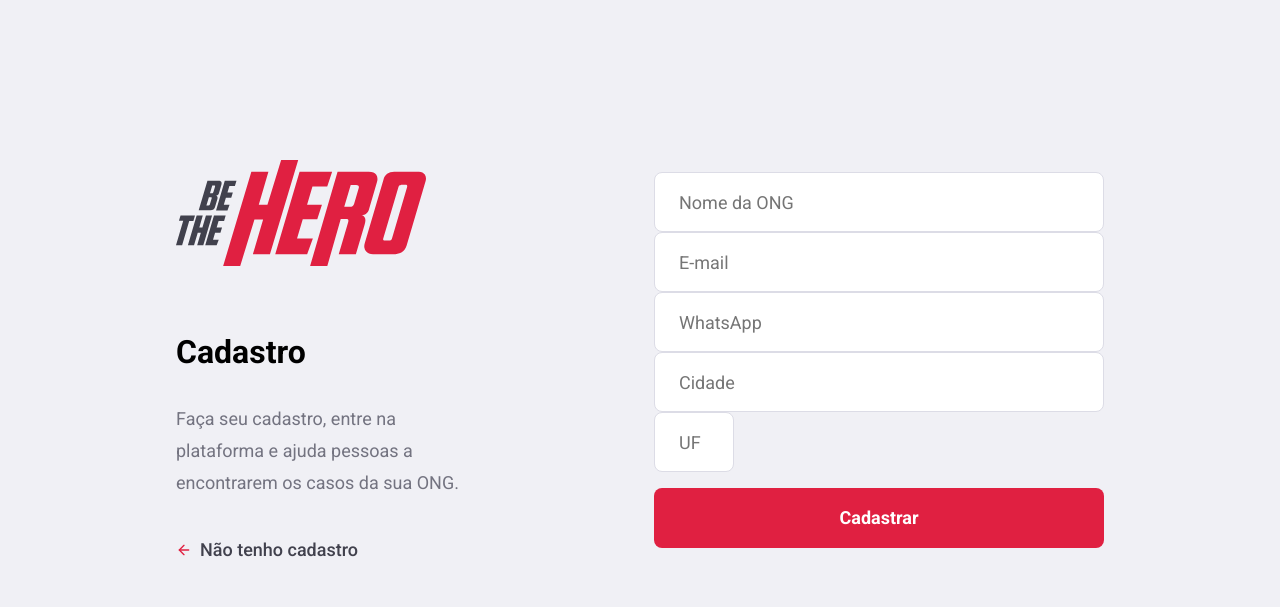
Repository: pedroevangelista/be-the-hero
Page: /register (app in frontend/)
An editor plug-in stored every save of this project. The page is shown before and after the next save, followed by the edit.
The browser window is 1280 px wide. The pictures show the whole page.
The project was rebuilt for these pictures with package versions that can differ from the ones it lists, and the page was loaded fresh each time. Also part of the build but not shown: frontend/src/pages/Logon/styles.css, frontend/src/pages/Logon/index.js.

Above is the page before, as saved 2020-03-25 14:18:58.

### frontend/src/App.js
import React from 'react';
import './global.css'
import Routes from './routes';

function App() {

  return (
    <Routes />
  );
}

export default App;

### frontend/src/global.css
@import url('https://fonts.googleapis.com/css?family=Roboto:400,500,700&display=swap');

* {
    margin: 0;
    padding: 0;
    outline: 0;
    box-sizing: border-box;
}

body {
    font: 400 14px Roboto, sans-serif;
    background: #f0f0f5;
    -webkit-font-smoothing: antialiased;
}

input, button, textarea {
    font: 400 18px Roboto, sans-serif;
}

button {
    cursor: pointer
}

form input {
    width: 100%;
    height: 60px;
    color: #333;
    border: 1px solid #dcdce6;
    border-radius: 8px;
    padding: 0 24px;
}

.button {
    width: 100%;
    height: 60px;
    background: #e02041;
    border: 0;
    border-radius: 8px;
    color: #FFF;
    font-weight: 700;
    margin-top: 16px;
    display: inline-block;
    text-align: center;
    text-decoration: none;
    font-size: 18px;
    line-height: 60px;
    transition: filter 0.2s;
}

.button:hover {
    filter: brightness(90%);
}

.back-link {
    display: flex;
    align-items: center;
    margin-top: 40px;
    color: #41414d;
    font-size: 18px;
    text-decoration: none;
    font-weight: 500;
    transition: opacity 0.2s;
}

.back-link svg {
    margin-right: 8px;
}

.back-link:hover {
    opacity: 0.8;
}

### frontend/src/routes.js
import React from 'react';
import { BrowserRouter, Route, Switch } from 'react-router-dom';

import Logon from './pages/Logon';
import Register from './pages/Register';

export default function Routes() {
    return (
        <BrowserRouter>
            <Switch>
                <Route path="/" exact component={Logon}></Route>
                <Route path="/register" component={Register}></Route>
            </Switch>
        </BrowserRouter>
    );
}

### frontend/src/pages/Register/index.js
import React from 'react';
import { Link } from 'react-router-dom';
import { FiArrowLeft } from 'react-icons/fi';
import './styles.css'
import logoImg from '../../assets/logo.svg';

export default function Register() {
    return (
        <div className="register-container">
            <div className="content">
                <section>
                    <img src={logoImg} alt="Be The Hero" />

                    <h1>Cadastro</h1>
                    <p>Faça seu cadastro, entre na plataforma e ajuda pessoas a encontrarem os casos da sua ONG.</p>

                    <Link className="back-link" to="/register">
                        <FiArrowLeft size="16" color="#e02041" />
                        Não tenho cadastro
                    </Link>
                </section>

                <form action="">
                    <input placeholder="Nome da ONG" />
                    <input type="email" placeholder="E-mail" />
                    <input placeholder="WhatsApp" />

                    <div className="input-group">
                        <input placeholder="Cidade" />
                        <input placeholder="UF" style={ { width: 80 } } />
                    </div>

                    <button className="button" type="submit">Cadastrar</button>
                </form>
            </div>
        </div>
    );

}

### frontend/src/pages/Register/styles.css
.register-container {
    width: 100%;
    max-width: 1120px;
    height: 100vh;
    margin: 0 auto;
    display: flex;
    align-items: center;
    justify-content: center;
}

.register-container .content {
    width: 100%;
    padding: 96px;
    background: 0 0 100px rgba(0, 0, 0, 0.1);
    border-radius: 8px;
    display: flex;
    justify-content: space-between;
    align-items: center;
}

.register-container .content section {
    width: 100%;
    max-width: 300px;
}

.register-container .content section h1 {
    margin: 64px 0 32px;
    font-size: 32px;
}

.register-container .content section p {
    font-size: 18px;
    color: #737380;
    line-height: 32px;
}

.register-container .content form {
    width: 100%;
    max-width: 450px;
}

Loaded but not shown: frontend/public/index.html (common file); frontend/src/index.js (common file)

After the next save:
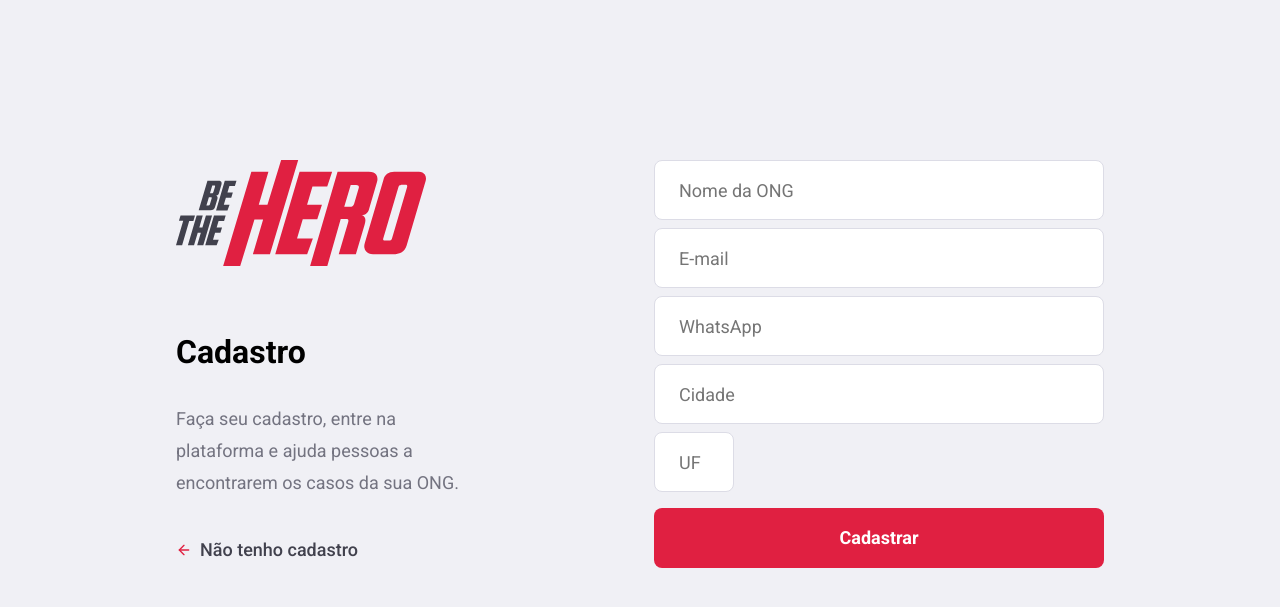
Saved 32 s later.
--- a/frontend/src/pages/Register/styles.css
+++ b/frontend/src/pages/Register/styles.css
@@ -38,3 +38,7 @@
     width: 100%;
     max-width: 450px;
 }
+
+.register-container .content form input {
+    margin-top: 8px;
+}
